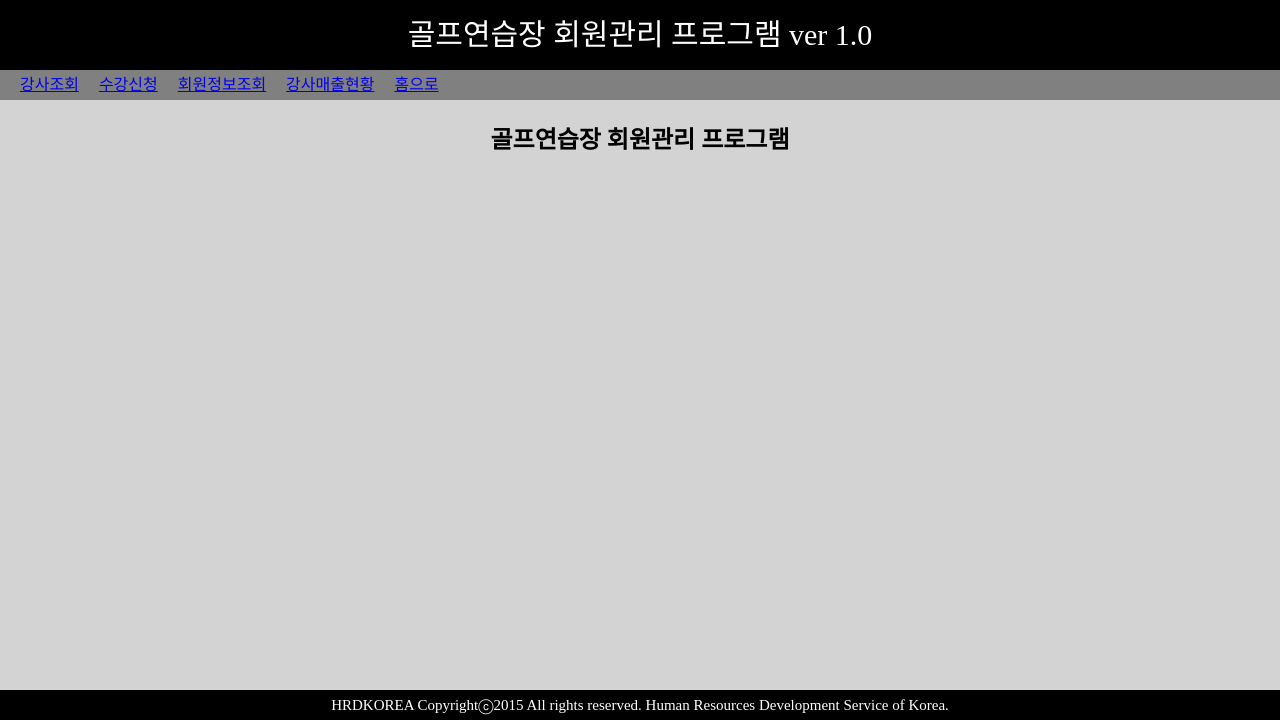
Repository: alsco727/JSP
Page: http://localhost/HRD_2207/member.jsp
The author's editor kept a copy of each file at every save. The page is drawn from the files as they stood at one save, then again after the next save.
The browser window is 1280 px wide. The pictures show the whole page.
The page is served by Tomcat 9. Other server files are loaded and not shown.

Above is the page before, as saved 2022-08-25 00:47:49.

### information_Processing/JSP과제3/HRD_2207/src/main/webapp/member.jsp
<%@ page language="java" contentType="text/html; charset=UTF-8"
    pageEncoding="UTF-8"%>
<!DOCTYPE html>
<html>
<head>
<meta charset="UTF-8">
<title>Insert title here</title>
</head>
<body>
<jsp:include page="header.jsp"></jsp:include>
<section style="position:fixed; top:100px; left:0px; width:100%; height:100%; background-color:lightgray">
<h2 style="text-align:center"><b>골프연습장 회원관리 프로그램</b></h2>
</section>
<jsp:include page="footer.jsp"></jsp:include>
</body>
</html>

### information_Processing/JSP과제3/HRD_2207/src/main/webapp/header.jsp
<%@ page language="java" contentType="text/html; charset=UTF-8"
    pageEncoding="UTF-8"%>
<!DOCTYPE html>
<html>
<head>
<meta charset="UTF-8">
<title>header</title>
</head>
<body>
<header style="position:fixed; top:0px; left:0px; width:100%; height:70px; text-align:center; line-height:70px; background-color:black; color:white; font-size:30px">골프연습장 회원관리 프로그램 ver 1.0</header>

<nav style="position:fixed; top:70px; left:0px; width:100%; height: 30px; line-height:30px; background-color:gray; color:white; padding-left:20px">
<a href="teacher.jsp">강사조회</a> &nbsp; &nbsp;
<a href="sign.jsp">수강신청</a> &nbsp; &nbsp;
<a href="member.jsp">회원정보조회</a> &nbsp; &nbsp;
<a href="sale.jsp">강사매출현황</a> &nbsp; &nbsp;
<a href="index.jsp">홈으로</a>
</nav>
</body>
</html>

### information_Processing/JSP과제3/HRD_2207/src/main/webapp/footer.jsp
<%@ page language="java" contentType="text/html; charset=UTF-8"
    pageEncoding="UTF-8"%>
<!DOCTYPE html>
<html>
<head>
<meta charset="UTF-8">
<title>footer</title>
</head>
<body>
<footer style="position:fixed; bottom:0px; left:0px; width:100%; height:30px; text-align:center; line-height:30px; background-color:black; color:white; font-size:15px">HRDKOREA Copyrightⓒ2015 All rights reserved. Human Resources Development Service of Korea.</footer>
</body>
</html>

After the next save:
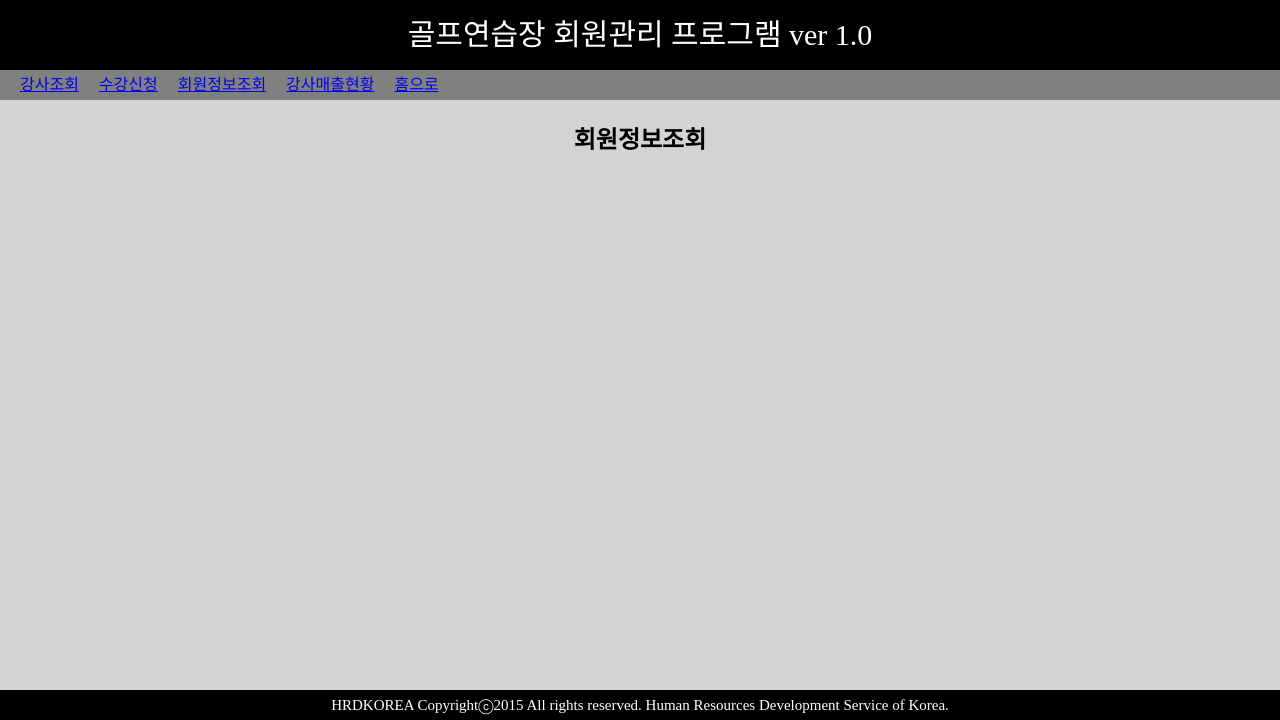
Saved 41 s later.
--- a/information_Processing/JSP과제3/HRD_2207/src/main/webapp/member.jsp
+++ b/information_Processing/JSP과제3/HRD_2207/src/main/webapp/member.jsp
@@ -9,7 +9,8 @@
 <body>
 <jsp:include page="header.jsp"></jsp:include>
 <section style="position:fixed; top:100px; left:0px; width:100%; height:100%; background-color:lightgray">
-<h2 style="text-align:center"><b>골프연습장 회원관리 프로그램</b></h2>
+<h2 style="text-align:center"><b>회원정보조회</b></h2>
+
 </section>
 <jsp:include page="footer.jsp"></jsp:include>
 </body>
